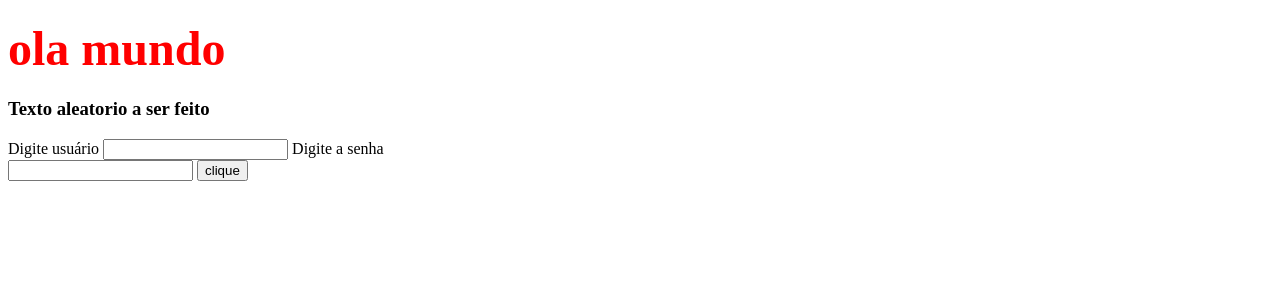
Repository: waanvieira/f21-jdbc-f21-jdbc-exer
Page: curso_java_web1/src/main/webapp/index.html
An editor plug-in stored every save of this project. The page is shown before and after the next save, followed by the edit.
The browser window is 1280 px wide. The pictures show the whole page.

Above is the page before, as saved 2019-02-18 04:00:27.

### curso_java_web1/src/main/webapp/index.html
<!DOCTYPE html>
<html>
<head>
<meta charset="ISO-8859-1">
<title>Welcome to curso</title>
</head>
<body>
<h1><font color="red" size="39px">ola mundo</font></h1>
<h3>Texto aleatorio a ser feito</h3>
<form method="post" action="html2.html">
<label>Digite usuário</label>
<input type="text" name=variavel id=variavel>
<label>Digite a senha</label>
<br><input type="password" name=senha id=senha>
<input type="button" value=clique aqui>
</form>
</body>
</html>

After the next save:
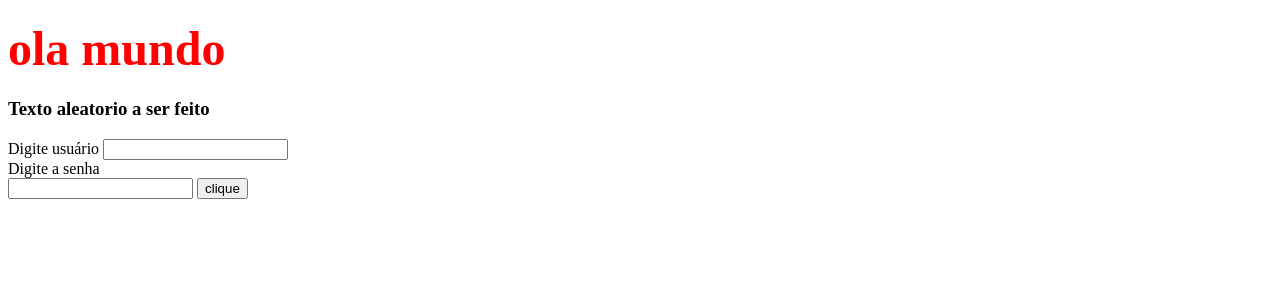
Saved 28 s later.
--- a/curso_java_web1/src/main/webapp/index.html
+++ b/curso_java_web1/src/main/webapp/index.html
@@ -10,7 +10,7 @@
 <form method="post" action="html2.html">
 <label>Digite usuário</label>
 <input type="text" name=variavel id=variavel>
-<label>Digite a senha</label>
+<br><label>Digite a senha</label>
 <br><input type="password" name=senha id=senha>
 <input type="button" value=clique aqui>
 </form>
